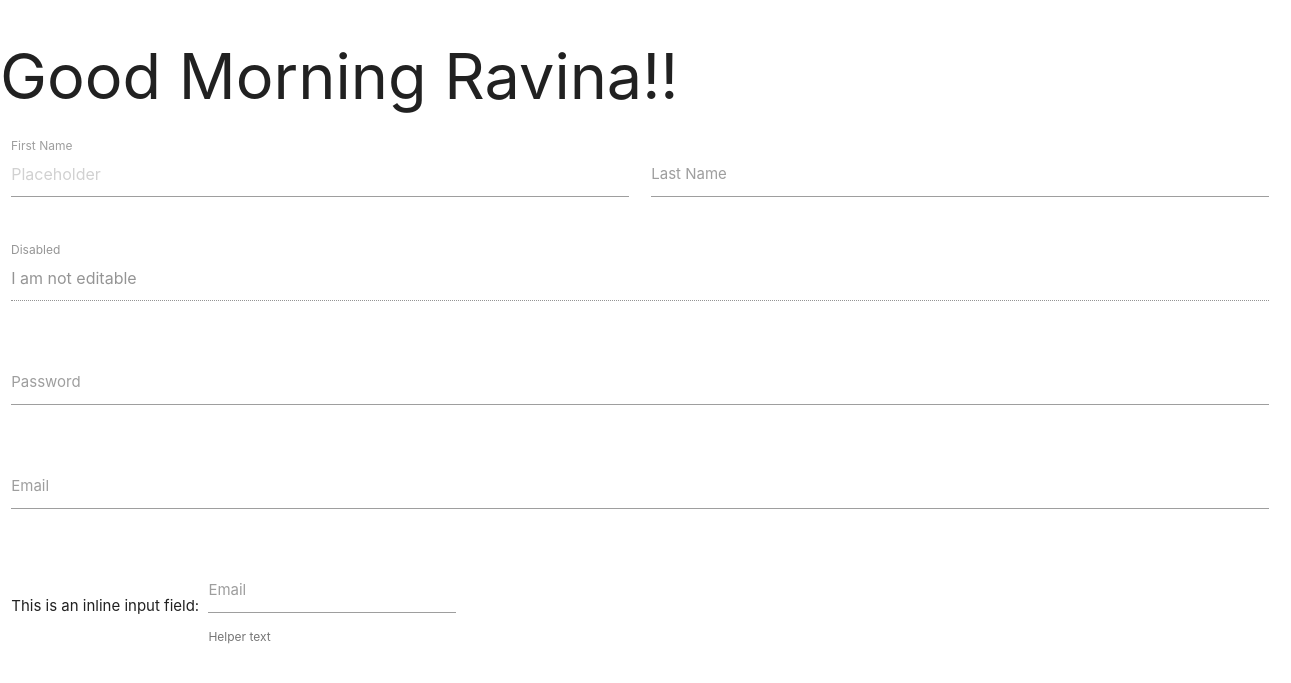
Repository: RavinakS/signup-page-html-js
Page: index.html
These files come from the project's save history. The page is drawn as it stood at one moment and after a run of saves; the edit follows.
The browser window is 1280 px wide. The page is 1291 px wide, then 1280 px, so the pictures cover 1291 px, including what lies to the right of the window. The pictures show the whole page.

Above is the page before, as saved 2021-12-13 11:08:21.

### index.html
<!DOCTYPE html>
<html lang="en">
<head>
    <meta charset="UTF-8">
    <meta http-equiv="X-UA-Compatible" content="IE=edge">
    <meta name="viewport" content="width=device-width, initial-scale=1.0">

    <title>Document</title>
    <link rel="stylesheet" href="https://cdnjs.cloudflare.com/ajax/libs/materialize/1.0.0/css/materialize.min.css">
    <script src="https://cdnjs.cloudflare.com/ajax/libs/materialize/1.0.0/js/materialize.min.js"></script>

</head>
<body>
    <h1>Good Morning Ravina!!</h1>
    <div class="row">
        <form class="col s12">
          <div class="row">
            <div class="input-field col s6">
              <input placeholder="Placeholder" id="first_name" type="text" class="validate">
              <label for="first_name">First Name</label>
            </div>
            <div class="input-field col s6">
              <input id="last_name" type="text" class="validate">
              <label for="last_name">Last Name</label>
            </div>
          </div>
          <div class="row">
            <div class="input-field col s12">
              <input disabled value="I am not editable" id="disabled" type="text" class="validate">
              <label for="disabled">Disabled</label>
            </div>
          </div>
          <div class="row">
            <div class="input-field col s12">
              <input id="password" type="password" class="validate">
              <label for="password">Password</label>
            </div>
          </div>
          <div class="row">
            <div class="input-field col s12">
              <input id="email" type="email" class="validate">
              <label for="email">Email</label>
            </div>
          </div>
          <div class="row">
            <div class="col s12">
              This is an inline input field:
              <div class="input-field inline">
                <input id="email_inline" type="email" class="validate">
                <label for="email_inline">Email</label>
                <span class="helper-text" data-error="wrong" data-success="right">Helper text</span>
              </div>
            </div>
          </div>
        </form>
      </div>
</body>
</html>

After the next 2 saves:
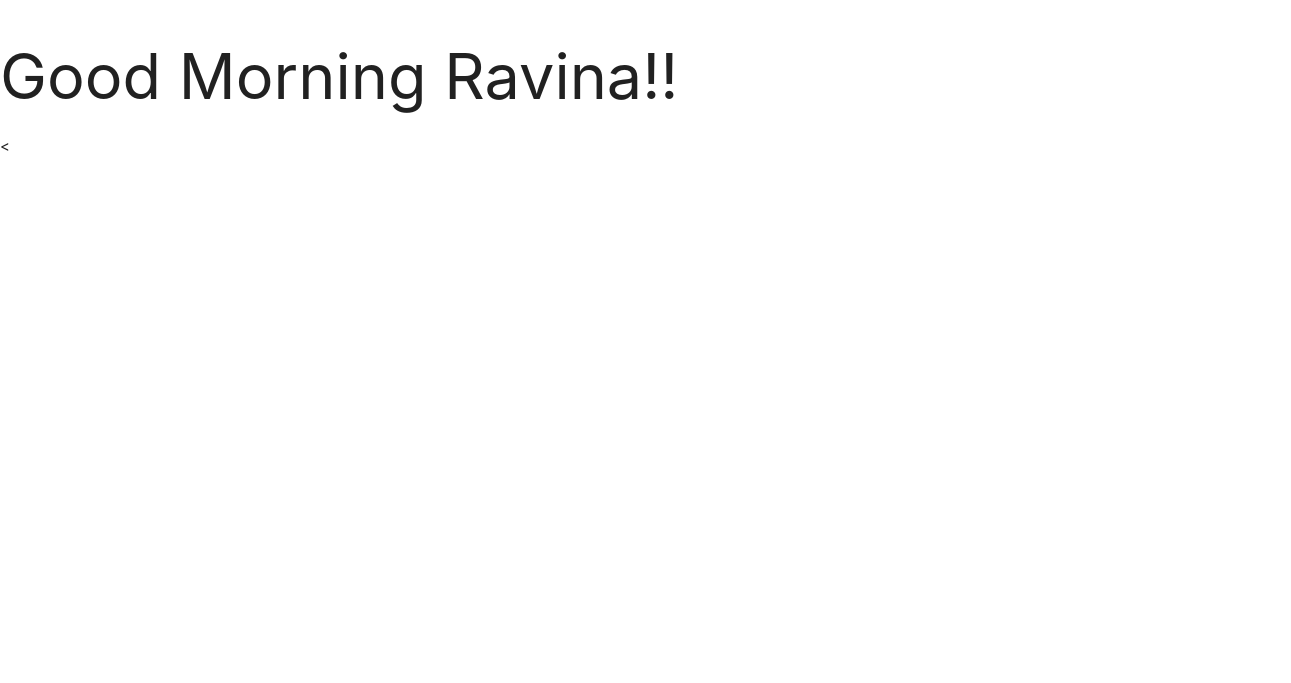
The 2 saves are shown as one change because they came seconds apart.
The last was saved 34 s later.
--- a/index.html
+++ b/index.html
@@ -12,47 +12,6 @@
 </head>
 <body>
     <h1>Good Morning Ravina!!</h1>
-    <div class="row">
-        <form class="col s12">
-          <div class="row">
-            <div class="input-field col s6">
-              <input placeholder="Placeholder" id="first_name" type="text" class="validate">
-              <label for="first_name">First Name</label>
-            </div>
-            <div class="input-field col s6">
-              <input id="last_name" type="text" class="validate">
-              <label for="last_name">Last Name</label>
-            </div>
-          </div>
-          <div class="row">
-            <div class="input-field col s12">
-              <input disabled value="I am not editable" id="disabled" type="text" class="validate">
-              <label for="disabled">Disabled</label>
-            </div>
-          </div>
-          <div class="row">
-            <div class="input-field col s12">
-              <input id="password" type="password" class="validate">
-              <label for="password">Password</label>
-            </div>
-          </div>
-          <div class="row">
-            <div class="input-field col s12">
-              <input id="email" type="email" class="validate">
-              <label for="email">Email</label>
-            </div>
-          </div>
-          <div class="row">
-            <div class="col s12">
-              This is an inline input field:
-              <div class="input-field inline">
-                <input id="email_inline" type="email" class="validate">
-                <label for="email_inline">Email</label>
-                <span class="helper-text" data-error="wrong" data-success="right">Helper text</span>
-              </div>
-            </div>
-          </div>
-        </form>
-      </div>
+    <
 </body>
 </html>
